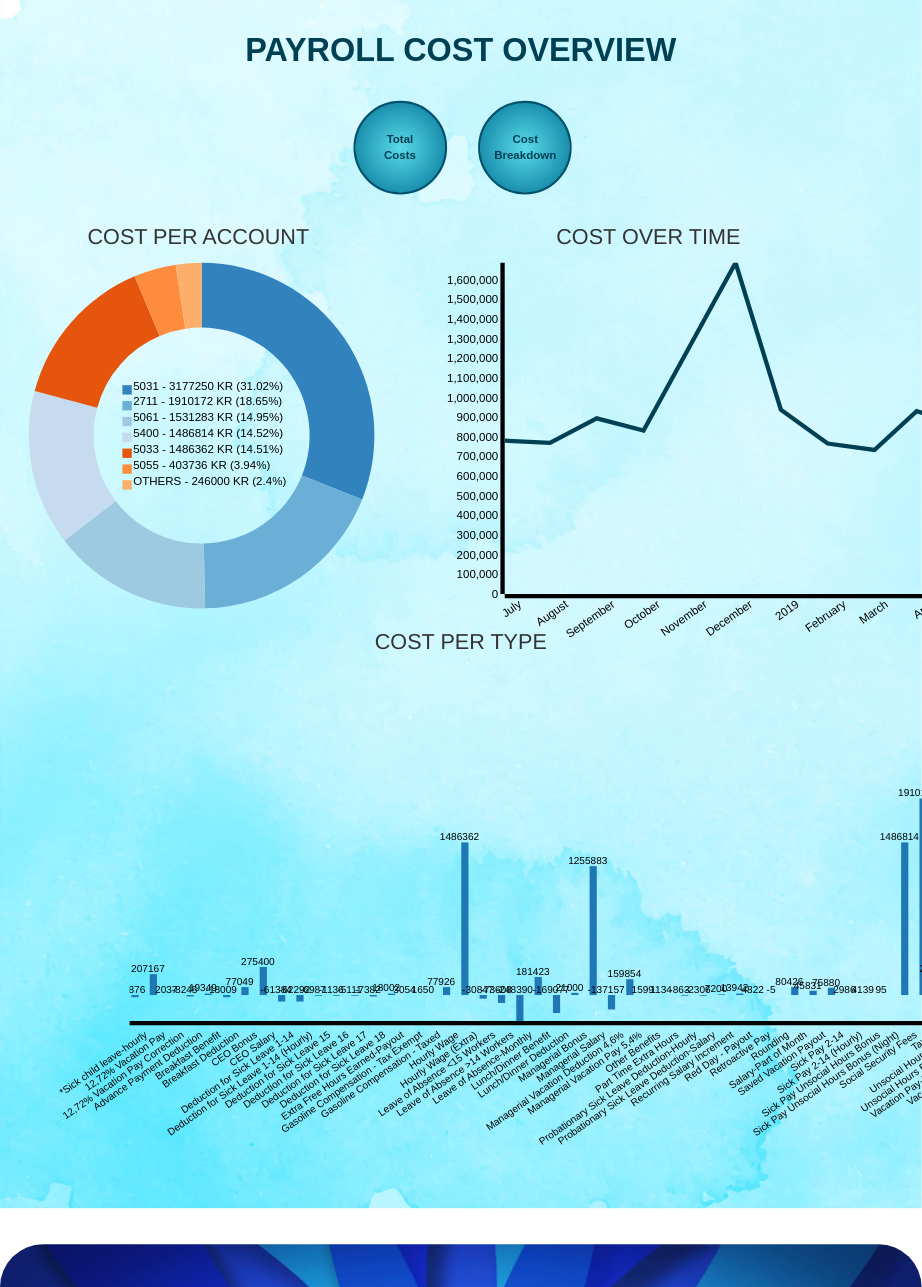
Repository: Code-Institute-Submissions/danfiliphoff-Milestoneproject-2
Page: account.html
The author's editor kept a record of every edit. The page is drawn from the files as they stood at one moment, then again after the next edit.
The browser window is 1280 px wide. The pictures show the whole page, at 72% of full size.

Above is the page before.

After the next edit:
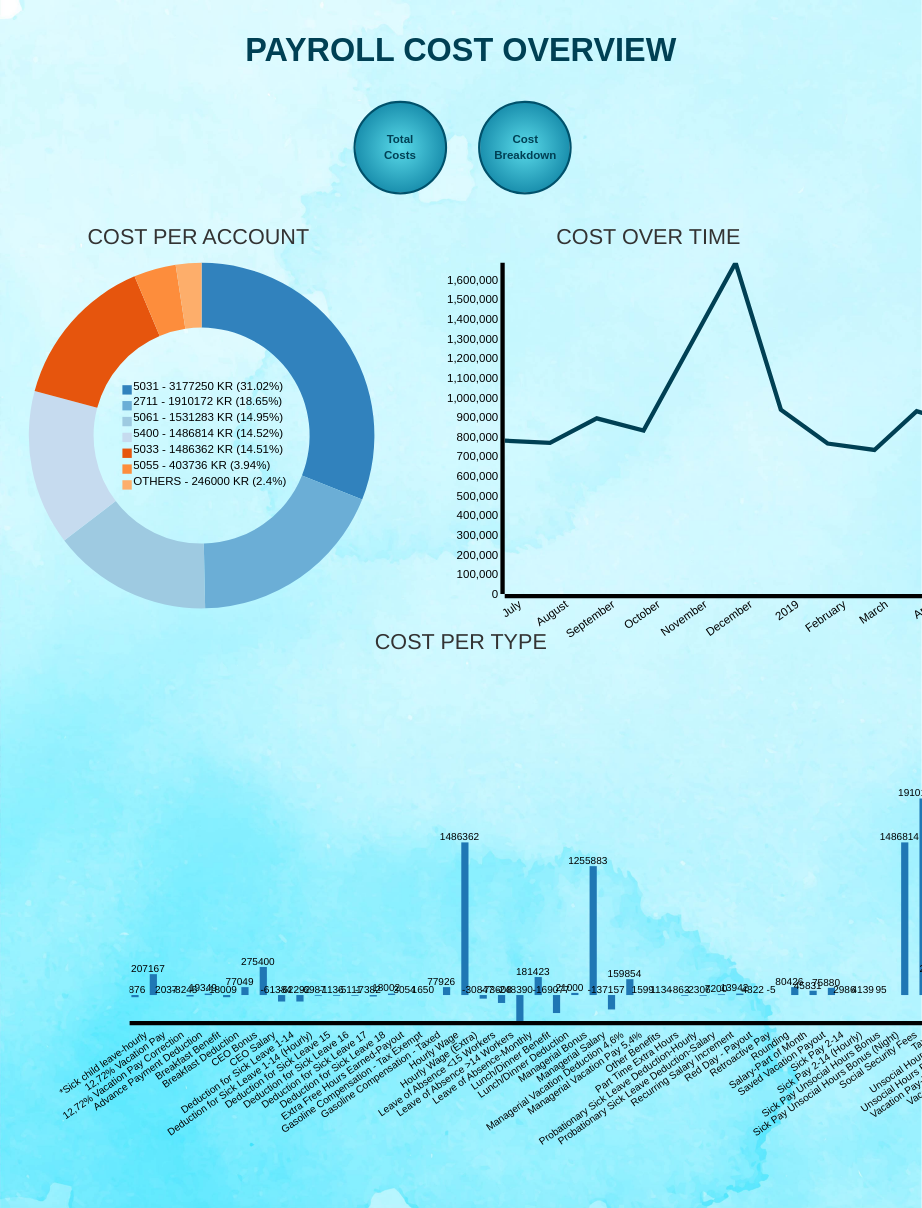
The edit:
--- a/account.html
+++ b/account.html
@@ -80,9 +80,4 @@
 
     </div>
 </body>
-    <!--****** Footer******-->
-    <footer class="container-fluid footer-pinned">
-        <div class="row footerbackgrund">
-        </div>
-    </footer>
 </html>
